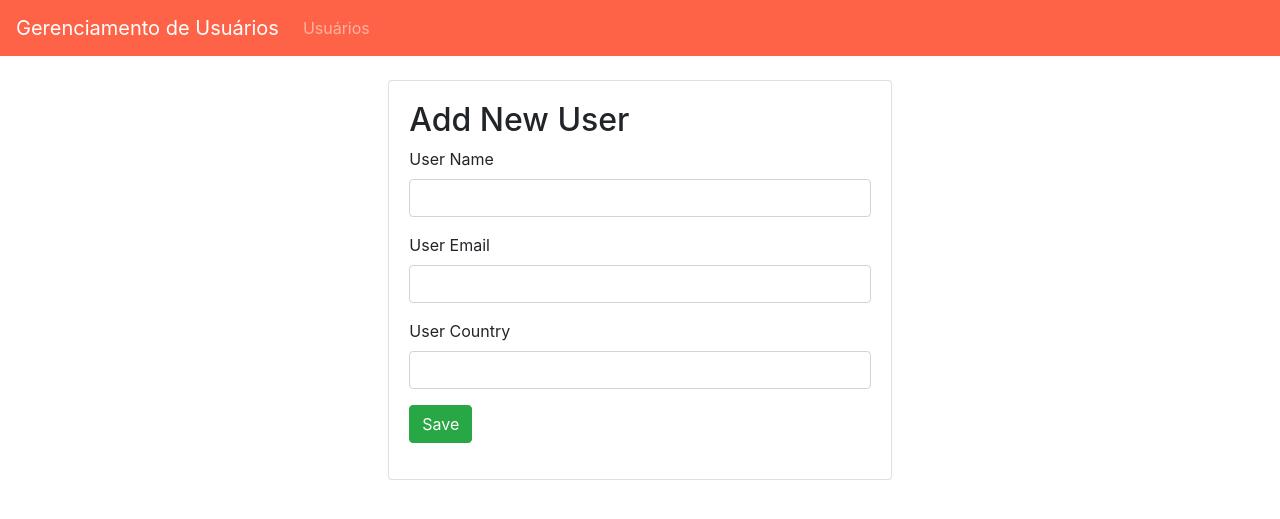
Repository: diegosena7/EstudosJSP
Page: http://localhost/CRUD/new
These files come from the project's save history. The page is drawn as it stood at one moment and after the next save; the edit follows.
The browser window is 1280 px wide. The pictures show the whole page.
The page is served by Tomcat 9. Other server files are loaded and not shown.

Above is the page before, as saved 2021-07-04 17:03:19.

### CRUD/WebContent/user-form.jsp
<%@ page language="java" contentType="text/html; charset=UTF-8"	pageEncoding="UTF-8"%>
<%@ taglib uri="http://java.sun.com/jsp/jstl/core" prefix="c"%>
<html>
<head>
<title>Aplicativo de Gerenciamento de Usuários</title>
<link rel="stylesheet"
	href="https://stackpath.bootstrapcdn.com/bootstrap/4.3.1/css/bootstrap.min.css"
	integrity="sha384-ggOyR0iXCbMQv3Xipma34MD+dH/1fQ784/j6cY/iJTQUOhcWr7x9JvoRxT2MZw1T"
	crossorigin="anonymous">
</head>
<body>

	<header>
		<nav class="navbar navbar-expand-md navbar-dark"
			style="background-color: tomato">
			<div>
				<a href="https://www.javaguides.net" class="navbar-brand"> Gerenciamento de Usuários </a>
			</div>

			<ul class="navbar-nav">
				<li><a href="<%=request.getContextPath()%>/list"
					class="nav-link">Usuários</a></li>
			</ul>
		</nav>
	</header>
	<br>
	<div class="container col-md-5">
		<div class="card">
			<div class="card-body">
				<c:if test="${user != null}">
					<form action="update" method="post"></form>
				</c:if>
				<c:if test="${user == null}">
					<form action="insert" method="post">
				</c:if>

				<caption>
					<h2>
						<c:if test="${user != null}">
            			Edit User
            		</c:if>
						<c:if test="${user == null}">
            			Add New User
            		</c:if>
					</h2>
				</caption>

				<c:if test="${user != null}">
					<input type="hidden" name="id" value="<c:out value='${user.id}' />" />
				</c:if>

				<fieldset class="form-group">
					<label>User Name</label> <input type="text"
						value="<c:out value='${user.name}' />" class="form-control"
						name="name" required="required">
				</fieldset>

				<fieldset class="form-group">
					<label>User Email</label> <input type="text"
						value="<c:out value='${user.email}' />" class="form-control"
						name="email">
				</fieldset>

				<fieldset class="form-group">
					<label>User Country</label> <input type="text"
						value="<c:out value='${user.country}' />" class="form-control"
						name="country">
				</fieldset>

				<button type="submit" class="btn btn-success">Save</button>
				</form>
			</div>
		</div>
	</div>
</body>
</html>

### CRUD/src/main/java/controllerServlet/UsuarioServlet.java
package controllerServlet;

import java.io.IOException;
import java.sql.SQLException;
import java.util.List;

import javax.servlet.RequestDispatcher;
import javax.servlet.ServletException;
import javax.servlet.annotation.WebServlet;
import javax.servlet.http.HttpServlet;
import javax.servlet.http.HttpServletRequest;
import javax.servlet.http.HttpServletResponse;

import dao.UsuarioDAO;
import model.Usuario;

/**
 * ControllerServlet.java
 * Este servlet atua como um controlador/controller de requisições web feitas ao aplicativo, tratando de todas as solicitações do usuário.
 * @author Diego Sena
 */

@WebServlet("/")
public class UsuarioServlet extends HttpServlet {

	/** The Constant serialVersionUID. */
	private static final long serialVersionUID = 1L;

	/** The usuario DAO. */
	private UsuarioDAO usuarioDAO;

	/**
	 * Inits the.
	 */
	public void init() {
		usuarioDAO = new UsuarioDAO();
	}

	/**
	 * Do post.
	 * @param request the request
	 * @param response the response
	 * @throws ServletException the servlet exception
	 * @throws IOException Signals that an I/O exception has occurred.
	 */
	protected void doPost(HttpServletRequest request, HttpServletResponse response)	throws ServletException, IOException {
		doGet(request, response);
	}

	/**
	 * Do get.
	 * @param request the request
	 * @param response the response
	 * @throws ServletException the servlet exception
	 * @throws IOException Signals that an I/O exception has occurred.
	 */
	protected void doGet(HttpServletRequest request, HttpServletResponse response) throws ServletException, IOException {
		String action = request.getServletPath();
		try {
			switch (action) {
			case "/new":
				formNovoUsuario(request, response);
				break;
			case "/insert":
				inserirUsuario(request, response);
				break;
			case "/delete":
				deletarUsuarioUnico(request, response);
				break;
			case "/edit":
				formEditarUsuario(request, response);
				break;
			case "/update":
				atualizarUsuarioUnico(request, response);
				break;
			default:
				listarUsuarios(request, response);
				break;
			}
		} catch (SQLException ex) {
			throw new ServletException(ex);
		}
	}

	/**
	 * Listar usuarios.
	 * @param request the request
	 * @param response the response
	 * @throws SQLException the SQL exception
	 * @throws IOException Signals that an I/O exception has occurred.
	 * @throws ServletException the servlet exception
	 */
	private void listarUsuarios(HttpServletRequest request, HttpServletResponse response) throws SQLException, IOException, ServletException {
		List<Usuario> listUser = usuarioDAO.buscarTodosOsUsuarios();
		request.setAttribute("listUser", listUser);
		RequestDispatcher dispatcher = request.getRequestDispatcher("user-list.jsp");
		dispatcher.forward(request, response);
	}

	/**
	 * Form novo usuario.
	 * @param request the request
	 * @param response the response
	 * @throws ServletException the servlet exception
	 * @throws IOException Signals that an I/O exception has occurred.
	 */
	private void formNovoUsuario(HttpServletRequest request, HttpServletResponse response) throws ServletException, IOException {
		RequestDispatcher dispatcher = request.getRequestDispatcher("user-form.jsp");
		dispatcher.forward(request, response);
	}

	/**
	 * Form editar usuario.
	 * @param request the request
	 * @param response the response
	 * @throws SQLException the SQL exception
	 * @throws ServletException the servlet exception
	 * @throws IOException Signals that an I/O exception has occurred.
	 */
	private void formEditarUsuario(HttpServletRequest request, HttpServletResponse response)	throws SQLException, ServletException, IOException {
		int id = Integer.parseInt(request.getParameter("id"));
		Usuario existingUser = usuarioDAO.buscarUsuarioPorId(id);
		RequestDispatcher dispatcher = request.getRequestDispatcher("user-form.jsp");
		request.setAttribute("user", existingUser);
		dispatcher.forward(request, response);

	}

	/**
	 * Inserir usuario.
	 * @param request the request
	 * @param response the response
	 * @throws SQLException the SQL exception
	 * @throws IOException Signals that an I/O exception has occurred.
	 */
	private void inserirUsuario(HttpServletRequest request, HttpServletResponse response) throws SQLException, IOException {
		String nome = request.getParameter("nome");
		String email = request.getParameter("email");
		String pais = request.getParameter("pais");
		Usuario novoUsuario = new Usuario(nome, email, pais);
		usuarioDAO.inserirUsuario(novoUsuario);
		response.sendRedirect("list");
	}

	/**
	 * Atualizar usuario unico.
	 * @param request the request
	 * @param response the response
	 * @throws SQLException the SQL exception
	 * @throws IOException Signals that an I/O exception has occurred.
	 */
	private void atualizarUsuarioUnico(HttpServletRequest request, HttpServletResponse response) throws SQLException, IOException {
		int id = Integer.parseInt(request.getParameter("id"));
		String nome = request.getParameter("nome");
		String email = request.getParameter("email");
		String pais = request.getParameter("pais");

		Usuario usuarioAtualizado = new Usuario(id, nome, email, pais);
		usuarioDAO.atualizarUsuario(usuarioAtualizado);
		response.sendRedirect("list");
	}

	/**
	 * Deletar usuario unico.
	 * @param request the request
	 * @param response the response
	 * @throws SQLException the SQL exception
	 * @throws IOException Signals that an I/O exception has occurred.
	 */
	private void deletarUsuarioUnico(HttpServletRequest request, HttpServletResponse response) throws SQLException, IOException {
		int id = Integer.parseInt(request.getParameter("id"));
		usuarioDAO.deletarUsuario(id);
		response.sendRedirect("list");
	}
}

### CRUD/src/main/java/dao/CriaConexaoDAO.java
package dao;

import java.sql.Connection;
import java.sql.DriverManager;
import java.sql.SQLException;

/**
 * The Class CriaConexaoDAO.
 */
public class CriaConexaoDAO {

	/** The jdbc URL de conexao. */
	private String jdbcURLDeConexao = "jdbc:mysql://127.0.0.1:3306/crudUsuarios?useSSL=false";

	/** The jdbc nome de usuario. */
	private String jdbcNomeDeUsuario = "root";

	/** The jdbc senha. */
	private String jdbcSenha = "Santosfc@1912";

	/**
	 * Classe de conexão.
	 * @return the connection
	 */
	protected Connection getConnection() {
		Connection connection = null;
		try {
			Class.forName("com.mysql.jdbc.Driver");
			connection = DriverManager.getConnection(jdbcURLDeConexao, jdbcNomeDeUsuario, jdbcSenha);
		} catch (SQLException e) {
			e.printStackTrace();
			System.out.println(e);
		} catch (ClassNotFoundException e) {
			System.out.println(e);
			e.printStackTrace();
		}
		return connection;
	}
}

After the next save:
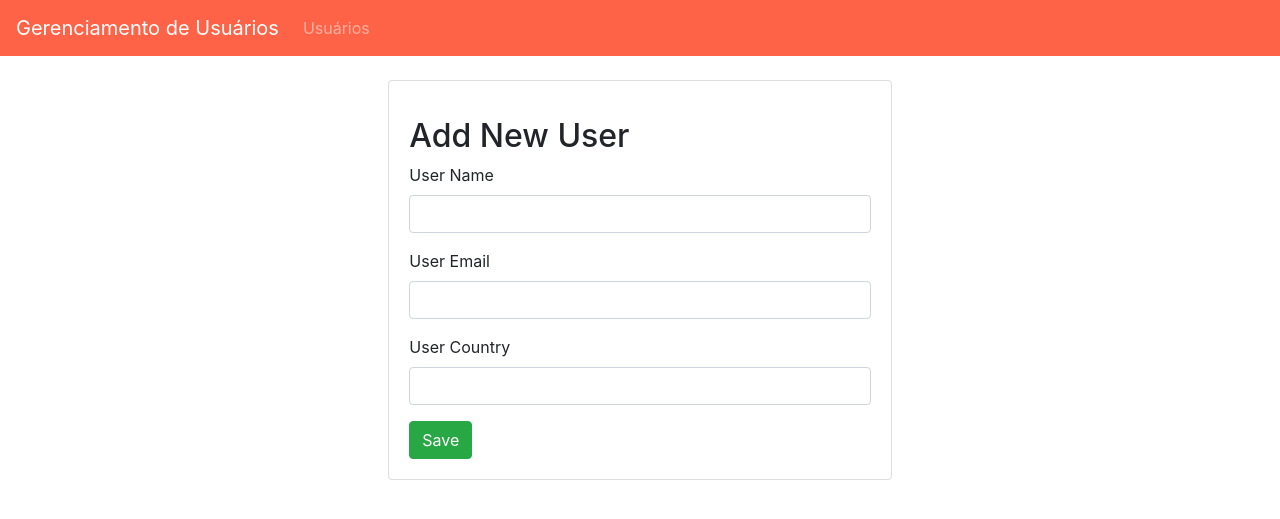
Saved 14 s later.
--- a/CRUD/WebContent/user-form.jsp
+++ b/CRUD/WebContent/user-form.jsp
@@ -31,7 +31,7 @@
 					<form action="update" method="post"></form>
 				</c:if>
 				<c:if test="${user == null}">
-					<form action="insert" method="post">
+					<form action="insert" method="post"></form>
 				</c:if>
 
 				<caption>

After the save that followed:
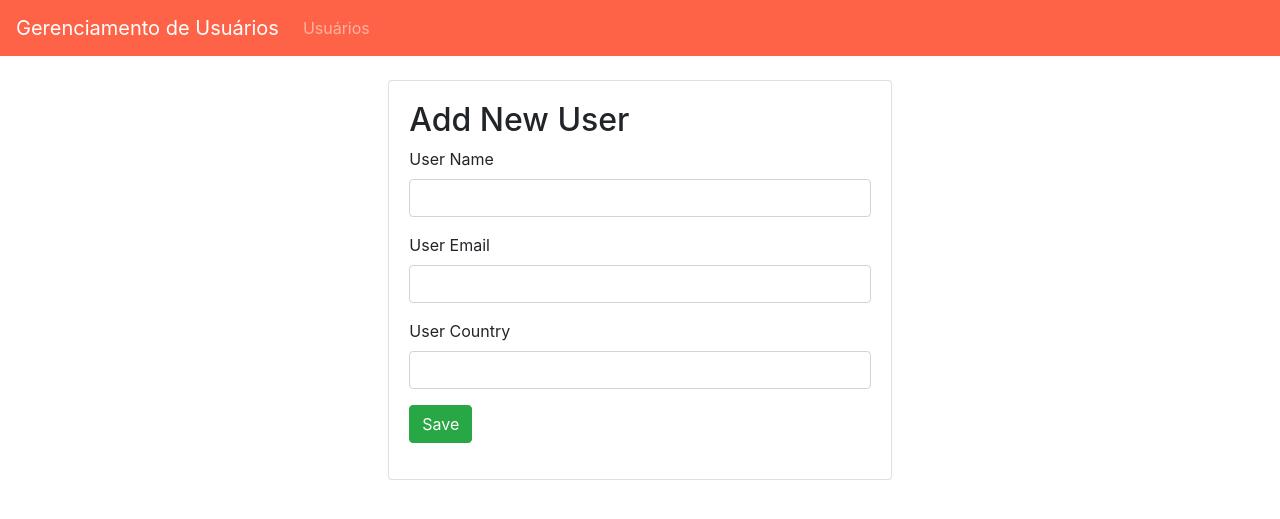
Saved 29 s later.
--- a/CRUD/WebContent/user-form.jsp
+++ b/CRUD/WebContent/user-form.jsp
@@ -28,10 +28,10 @@
 		<div class="card">
 			<div class="card-body">
 				<c:if test="${user != null}">
-					<form action="update" method="post"></form>
+					<form action="update" method="post">
 				</c:if>
 				<c:if test="${user == null}">
-					<form action="insert" method="post"></form>
+					<form action="insert" method="post">
 				</c:if>
 
 				<caption>
